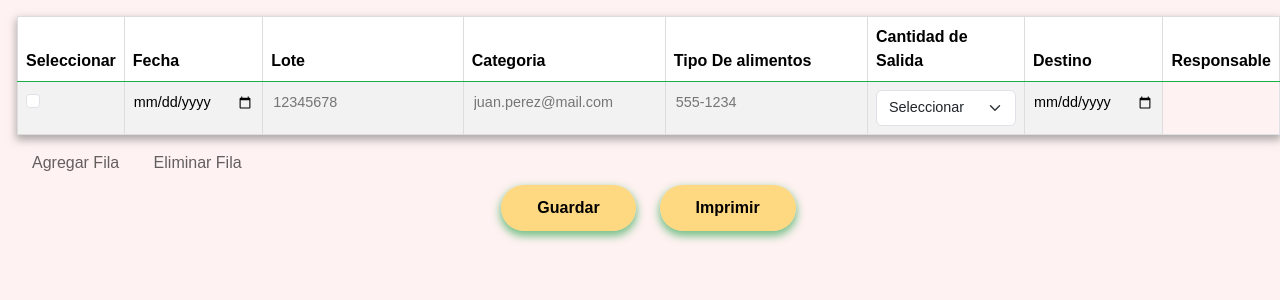
Repository: Mateojimenezz/Granja-Santa-Helena
Page: registroDiarioDeAlimentos.html
These files come from the project's save history. The page is drawn as it stood at one moment and after a run of saves; the edit follows.
The browser window is 1280 px wide. The pictures show the whole page.
Some web fonts or font styles are not loaded; a fallback is used.

Above is the page before, as saved 2025-04-22 15:39:14.

### registroDiarioDeAlimentos.html
<!DOCTYPE html>
<html lang="es">
<head>
    <meta charset="UTF-8">
    <meta name="viewport" content="width=device-width, initial-scale=1.0">
    <title>Registro Diario de Alimentos</title>
    <link href="https://cdn.jsdelivr.net/npm/bootstrap@5.3.3/dist/css/bootstrap.min.css" rel="stylesheet" integrity="sha384-QWTKZyjpPEjISv5WaRU9OFeRpok6YctnYmDr5pNlyT2bRjXh0JMhjY6hW+ALEwIH" crossorigin="anonymous">
     <link rel="stylesheet" href="https://cdn.jsdelivr.net/npm/bootstrap-icons@1.11.3/font/bootstrap-icons.min.css">
     <link rel="stylesheet" href="./assets/css/tablas.css"> <!-- Enlace a tu CSS -->
    <link href="https://fonts.googleapis.com/css2?family=Calistoga&display=swap" rel="stylesheet">
  </head>
<body>
    <main>
        <table class="table table-striped  mt-3 " id="userTable">
          <thead class="table">
            <tr>
              <th>Seleccionar</th> <!-- Nueva columna -->
              <th>Fecha</th>
              <th>Lote</th>
              <th>Categoria</th>
              <th>Tipo De alimentos</th>
              <th>Cantidad de Salida</th>
              <th>Destino</th>
              <th>Responsable</th>
            </tr>
          </thead>
          <tbody>
            <tr>
              <td>
                <input type="checkbox" class="form-check-input" />
              </td>
              <td>
                <input type="date" class="input-no-border" placeholder="555-1234" />

              </td>
              <td>
                <input type="text" class="input-no-border" placeholder="12345678" />
              </td>
              <td>
                <input type="email" class="input-no-border" placeholder="juan.perez@mail.com" />
              </td>
              <td>
                <input type="tel" class="input-no-border" placeholder="555-1234" />
              </td>
              <td>
                <!-- Selector proveedores -->
                <select class="form-select">
                  <option selected disabled>Seleccionar</option> <!-- Opción predeterminada -->
                  <option value="Proveedor 1">Proveedor 1</option>
                  <option value="Proveedor 2">Proveedor 2</option>
                  <option value="Proveedor 3">Proveedor 3</option>
                </select>
              </td>

              <td>
                <input type="date" class="input-no-border" placeholder="555-1234" />
              </td>
            </tr>
            <!-- Más filas aquí -->
          </tbody>
        </table>
        <a id="addUserButton" class=" btn-agregar-usuario mt-3">Agregar Fila</a>
        <a id="deleteUserButton" class=" btn-agregar-usuario mt-3">Eliminar Fila</a>
      </main>

      <footer class="d-flex justify-content-center align-items-center  text-white gap-4">
        <button class="btn ">Guardar</button>
        <button id="printButton" class="btn ">Imprimir</button>
      </footer>

      <script src="https://cdnjs.cloudflare.com/ajax/libs/jspdf/2.4.0/jspdf.umd.min.js"></script>
      <script src="https://cdnjs.cloudflare.com/ajax/libs/jspdf-autotable/3.5.25/jspdf.plugin.autotable.min.js"></script>
      <script src="https://cdn.jsdelivr.net/npm/bootstrap@5.3.3/dist/js/bootstrap.bundle.min.js" integrity="sha384-YvpcrYf0tY3lHB60NNkmXc5s9fDVZLESaAA55NDzOxhy9GkcIdslK1eN7N6jIeHz" crossorigin="anonymous"></script>
      <script src="/assets/js/inventarioDeAlimentos.js"></script> <!--  agregar y eliminar filas en la tabla-->
      <script src="/assets/js/imprimirtabla.js"></script> <!-- imprimir tabla -->

</body>

</html>

### assets/css/tablas.css
@import "./variables.css";
body {
  background-color: var(--color-FondoDiv2);
    font-family: Arial;
    margin-left: 17px;
    padding: 0;
  }


  table {
    width: 100%;
    border-collapse: collapse;
    margin: 0 auto;

  }

  table, th, td {
    border: 1px solid #ddd;
    box-shadow: 0 4px 8px 1px  rgba(120, 122, 120, 0.6) /* Sombra verde */

  }

  th, td {
    padding: 10px;
    text-align: left;
  }

  th {
    border-bottom: 1px solid var(--color-principal);


  }

  .btn {
    background-color: var(  --color-Botones);
    padding: 10px 35px;
    border-radius: 30px;
    color: black;
    font-weight: bold;
    box-shadow: 0 4px 8px 1px  rgba(25, 157, 60, 0.6) /* Sombra verde */
  }
  .btn:hover {
    background-color: #f4cf50; /* Tonalidad más oscura */
    color: black;
  }
  .btn:active {
    background-color:var(--color-principal)!important;
    color: white !important;
    box-shadow: none !important;
  }
  .btn-agregar-usuario {
    text-decoration: none;
    padding: 10px 15px;
    color:var(  --color-TextoMenuLateral);

  }
  .btn-agregar-usuario:hover {
    color:var(--color-principal); /* Cambia el color al pasar el mouse */
    text-decoration: underline; /* Subraya el texto */
  }

  /* Eliminar bordes de los inputs */
  .input-no-border {
    border: none; /* Sin bordes */
    outline: none; /* Sin resalte al enfocarse */
    background-color: transparent; /* Fondo transparente */
    width: 100%; /* Ocupa el ancho disponible */
  }

  /* Ajuste de tablas para diseño responsivo */
  #userTable {
    width: 100%; /* Ancho total de la tabla */
  }

  #userTable input,
  #userTable select {
    font-size: 0.9rem; /* Ajusta el tamaño del texto */
  }


  footer {
    text-align: center;
    padding: 10px;
  }
  @media (max-width: 768px) {
    .fixed-buttons {
      position: fixed;
      bottom: 20px;
      left: 20px;
      z-index: 1000;
    }

    #userTable {
      overflow-x: auto; /* Scroll horizontal en pantallas pequeñas */
      display: block;
    }
  }

  /* Opcional para mejorar el diseño */
  #userTable {
    width: 100%; /* Ocupa todo el ancho del contenedor */
  }

### assets/js/inventarioDeAlimentos.js
 // Función para añadir una nueva fila a la tabla
 const addUserButton = document.getElementById('addUserButton');
 const userTableBody = document.querySelector('#userTable tbody');


 addUserButton.addEventListener('click', function () {
   const newRow = document.createElement('tr');

   newRow.innerHTML = `
     <td>
       <input type="checkbox" class="form-check-input" />
     </td>
     <td>
       <input type="text" class="input-no-border" placeholder="Nombre" />
     </td>
     <td>
       <input type="text" class="input-no-border" placeholder="Identificación" />
     </td>
     <td>
       <input type="email" class="input-no-border" placeholder="Email" />
     </td>
     <td>
       <input type="tel" class="input-no-border" placeholder="Teléfono" />
     </td>
     <td>
        <select class="form-select">
            <option selected disabled>Seleccionar</option> <!-- Opción predeterminada -->
            <option value="Proveedor 1">Proveedor 1</option>
            <option value="Proveedor 2">Proveedor 2</option>
            <option value="Proveedor 3">Proveedor 3</option>
        </select>
    </td>
    <td>
         <select class="form-select">
            <option selected disabled>Seleccionar</option> <!-- Opción predeterminada -->
            <option value="Lote 1">lote 1</option>
            <option value="Lote 2">Lote 2</option>
            <option value="Lote 3">Lote 3</option>
        </select>
    </td>
     <td>
        <input type="date" class="input-no-border" placeholder="555-1234" />
      </td>

   `;

   userTableBody.appendChild(newRow);
 });
 // Función para eliminar la fila seleccionada o la última fila si no hay ninguna seleccionada
 deleteUserButton.addEventListener('click', function () {
    // Buscar filas seleccionadas
    const selectedRows = Array.from(document.querySelectorAll('#userTable tbody tr')).filter(row => {
      const checkbox = row.querySelector('.form-check-input');
      return checkbox && checkbox.checked;
    });

    if (selectedRows.length > 0) {
      // Eliminar las filas seleccionadas
      selectedRows.forEach(row => row.remove());
    } else {
      // Si no hay filas seleccionadas, eliminar la última fila
      const rows = document.querySelectorAll('#userTable tbody tr');
      if (rows.length > 0) {
        rows[rows.length - 1].remove();
      }
    }
  });

  printButton.addEventListener('click', function () {
    // Crear un nuevo documento PDF
    const { jsPDF } = window.jspdf;
    const doc = new jsPDF();

    // Obtener los datos de la tabla
    const table = document.getElementById('userTable');
    doc.autoTable({
      head: [['Seleccionar', 'Nombre', 'Identificación', 'Email', 'Teléfono', 'Rol', 'Asignar Permisos']], // Encabezados
      body: Array.from(table.querySelectorAll('tbody tr')).map(row => {
        return Array.from(row.cells).map(cell => {
          const input = cell.querySelector('input, select');
          return input ? input.value || input.options[input.selectedIndex]?.text : cell.textContent.trim();
        });
      }),
    });

    // Guardar como archivo PDF
    doc.save('tabla_usuarios.pdf'); // Nombre del archivo
  });

### assets/js/imprimirtabla.js
// Este script se encarga de imprimir la tabla de usuarios en formato PDF
  const printButton = document.getElementById('printButton');
  printButton.addEventListener('click', function () {
    // Crear un nuevo documento PDF
    const { jsPDF } = window.jspdf;
    const doc = new jsPDF();

    // Obtener los datos de la tabla
    const table = document.getElementById('userTable');
    doc.autoTable({
      head: [['Seleccionar', 'Nombre', 'Identificación', 'Email', 'Teléfono', 'Rol', 'Asignar Permisos']], // Encabezados
      body: Array.from(table.querySelectorAll('tbody tr')).map(row => {
        return Array.from(row.cells).map(cell => {
          const input = cell.querySelector('input, select');
          return input ? input.value || input.options[input.selectedIndex]?.text : cell.textContent.trim();
        });
      }),
    });

    // Guardar como archivo PDF
    doc.save('tabla_usuarios.pdf'); // Nombre del archivo
  });

### assets/css/variables.css
/* variables.css */
:root {
    --color-principal: #1CAD48 ;
    --color-Botones: rgba(255, 187, 0, 0.47);
    --color-texto: white;
    --color-fondo: #f5f5f5;
    --font-principal: 'calistoga','arial';
    --color-fondoDiv: #F8E91C;
    --color-FondoDiv2:#FFF2F2;
    --color-Footter: #D9D9D9;
    --letra-gris: #B0B0B7;
    --color-menu-lateral:#BDEAAD;
    --color-TextoMenuLateral:#645f5f; /* Color de texto del menú lateral */
    --fondo-formularios:#FFFFFF; /* Color de fondo de los formularios */
  }

After the next 2 saves:
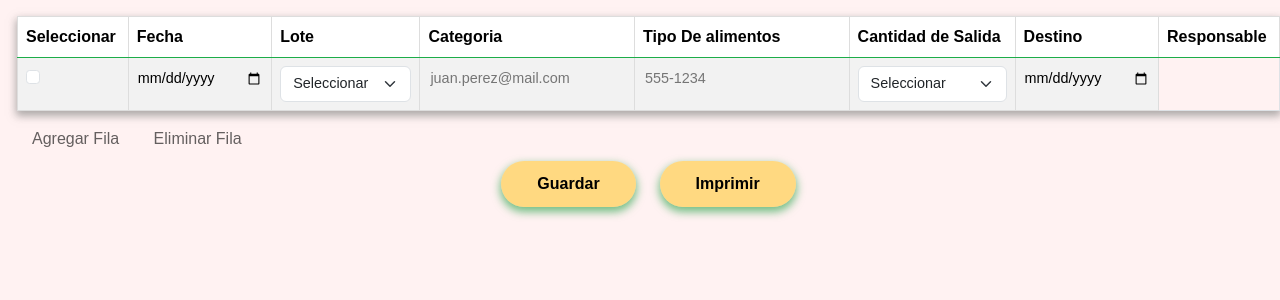
The 2 saves are shown as one change because they came seconds apart.
The last was saved 19 s later.
--- a/registroDiarioDeAlimentos.html
+++ b/registroDiarioDeAlimentos.html
@@ -34,7 +34,13 @@
 
               </td>
               <td>
-                <input type="text" class="input-no-border" placeholder="12345678" />
+                <!-- Selector de Lote -->
+                <select class="form-select">
+                  <option selected disabled>Seleccionar</option> <!-- Opción predeterminada -->
+                  <option value="Lote 1">lote 1</option>
+                  <option value="Lote 2">Lote 2</option>
+                  <option value="Lote 3">Lote 3</option>
+                </select>
               </td>
               <td>
                 <input type="email" class="input-no-border" placeholder="juan.perez@mail.com" />
